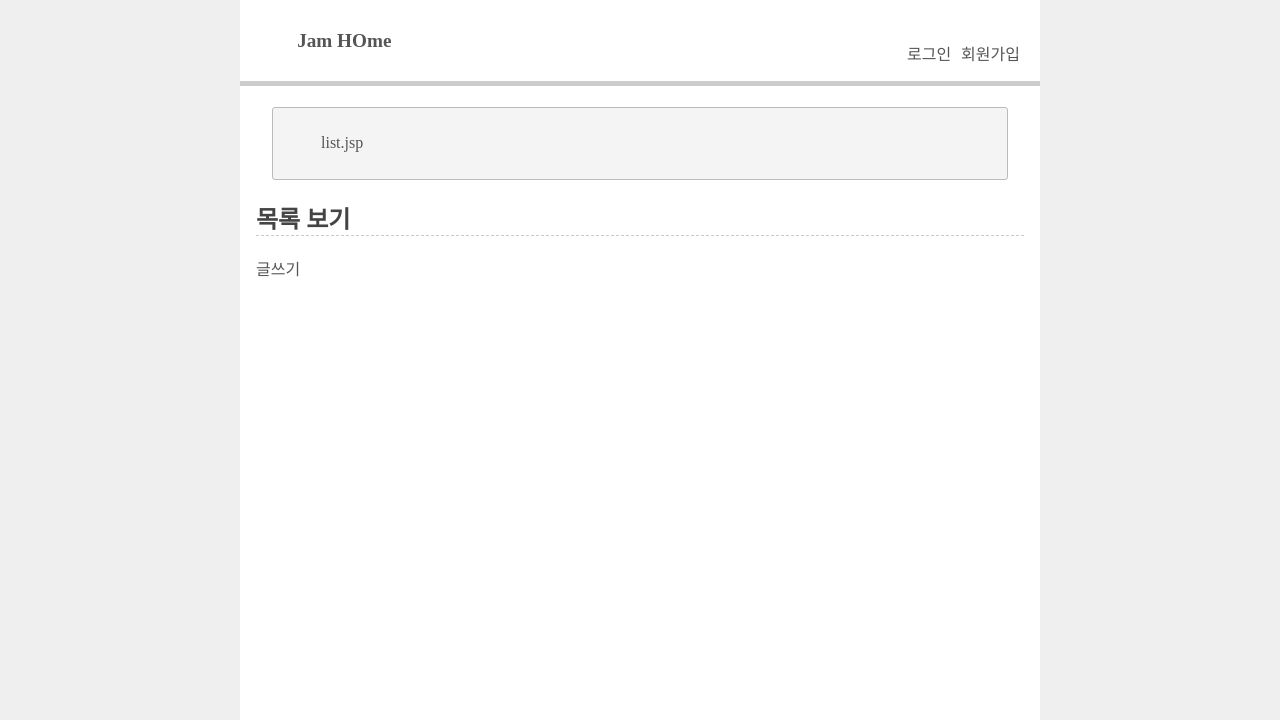
Repository: woals5636/JSPClass
Page: http://localhost/jspPro/days04/board/list.jsp
These files come from the project's save history. The page is drawn as it stood at one moment and after the next save; the edit follows.
The browser window is 1280 px wide. The pictures show the whole page.
Some web fonts or font styles are not loaded; a fallback is used. The page is served by Tomcat 9. Other server files are loaded and not shown.

Above is the page before, as saved 2024-10-18 07:40:04.

### jspPro/src/main/webapp/days04/board/list.jsp
<%@ page contentType="text/html; charset=UTF-8" pageEncoding="UTF-8"%>
<%@ taglib prefix="c" uri="http://java.sun.com/jsp/jstl/core"%>
<%
	String contextPath = request.getContextPath();
%>
<!DOCTYPE html>
<html>
<head>
<meta charset="UTF-8">
<title>Insert title here</title>
<link rel="shortcut icon" type="image/x-icon" href="http://localhost/jspPro/images/SiSt.ico">
<script src="https://ajax.googleapis.com/ajax/libs/jquery/3.7.1/jquery.min.js"></script>
<meta name="viewport" content="width=device-width, initial-scale=1.0">
<meta name="google" content="notranslate">
<link rel="stylesheet" href="http://localhost/jspPro/resources/cdn-main/example.css">
<script src="http://localhost/jspPro/resources/cdn-main/example.js"></script>
<style>
 span.material-symbols-outlined{
    vertical-align: text-bottom;
 }
</style>
</head>
<body>
<header>
  <h1 class="main"><a href="#" style="position: absolute;top:30px;">Jam HOme</a></h1>
  <ul>
    <li><a href="#">로그인</a></li>
    <li><a href="#">회원가입</a></li>
  </ul>
</header>
<div>
  <xmp class="code">
	list.jsp
  </xmp>

  <h2>목록 보기</h2>
  <a href="<%= contextPath%>/cstvsboard/write.htm">글쓰기</a>

  <table>

  </table>
</div>
</body>
</html>

### jspPro/src/main/webapp/resources/cdn-main/example.css
@charset "UTF-8";

@import url('https://fonts.googleapis.com/css2?family=Material+Symbols+Outlined:opsz,wght,FILL,GRAD@20..48,100..700,0..1,-50..200');

@font-face {
    font-family: 'GmarketSansMedium';
    src: url('https://cdn.jsdelivr.net/gh/projectnoonnu/noonfonts_2001@1.1/GmarketSansMedium.woff') format('woff');
    font-weight: normal;
    font-style: normal;
}

:root {
	--text-color: #555;
	--sub-text-color: #777;
	--back-color: #EFEFEF;
	--header-color: #444;
	--primary-color: #DEDEDE;
	--secondary-color: #EFEFEF;
	--default-width: 800px;
	--narrow-width: 500px;
	--wide-width: 1200px;
	--text-font: 'GmarketSansMedium';
	--icon-font: 'Material Symbols Outlined';
	--border-color: #CCC;
}

html, body {
	margin: 0;
	padding: 0;
}

html {
	background-color: var(--back-color);
	display: flex;
	justify-content: center;
	min-height: 100vh;
}

body, body.default {
	width: var(--default-width);
	background-color: white;
	padding-bottom: 120px;
}

body.wide {
	width: var(--wide-width);
}

body.narrow {
	width: var(--narrow-width);
}



body, p, div, span, a, input, select, option, textarea, button, table, th, td, label, fieldset, legend {
	font-family: var(--text-font);
	color: var(--text-color);
}

h1, h2, h3 {
	font-family: var(--text-font);
	color: var(--header-color);
	padding: 0 1rem;
	padding-top: .5rem;
}

div > h1, div > h2, div > h3 {
	padding: 0;
}

body > div, body > main > div {
	padding: 0.3rem 1rem;
}


h1 { font-size: 2rem; border-bottom: 1px solid var(--border-color); }
h1 small { font-size: 1.2rem; color: var(--sub-text-color); }
h2 { font-size: 1.5rem; border-bottom: 1px dashed var(--border-color); }
h2 small { font-size: 1.1rem; color: --sub-text-color; }
h3 { font-size: 1.2rem; }
h3 small { font-size: 1rem; color: --sub-text-color; }



h1.main::before {
	font-family: var(--icon-font);
  	content: '\e666';
  	margin-right: 10px;
  	float: left;
	font-size: 2.5rem;
}

h1.sub::before {
	font-family: var(--icon-font);
  	content: '\ea19';
  	margin-right: 10px;
  	float: left;
	font-size: 2.5rem;
}


h1.page::before {
	font-family: var(--icon-font);
  	content: '\e0e0';
  	margin-right: 10px;
  	float: left;
	font-size: 2.5rem;
}

body > header > ul > li > .active{
	background-color: #FFF;
	color:#F00;
}

body > header {
	display: flex;
	justify-content: space-between;
	border-bottom: 5px solid var(--border-color);
	min-height: 74px;
	background-color: #FFF;
}

body > header.sticky {
	position: sticky;
	top: 0;
	z-index: 98;
}

body > header > h1 {
	font-size: 1.2rem;
	border: 0;
}

body > header.in > h1::before {
	font-family: var(--icon-font);
  	content: '\e332‥';
  	margin-right: 3px;
  	float: left;
	font-size: 2rem;
}


body > header > ul {
	list-style-type: none;
	display: flex;
	align-items: flex-end;
	margin-right: 10px;
}

body > header > ul > li {
	margin-right: 10px;
	cursor: pointer;
}

body > header > ul > li > a {
	cursor: pointer;
}


form {
	display: block;
}

form > div {
	padding: 0.3rem 1rem;
}

div > form > div {
	padding: 0.3rem 0;
}

input, textarea, button, select {
	border: 1px solid #BBB;
	border-radius: 3px;
	outline: none;
	resize: none;
	padding: 7px;
	margin: 0;
}

input[type=text]:read-only, textarea:read-only {
	cursor: not-allowed;
	background-color: #FFF;
}

input[type=text]:disabled, textarea:disabled {
	cursor: not-allowed;
	background-color: #EEE;
}

input[type=text], input[type=password], textarea, button, select {
	/* width: 300px; */
}

textarea {
	display: block;
	height: 100px;
}

input[type=button], input[type=submit], button {
	/* width: inherit; */
}

input.short, textarea.short, button.short, select.short {
	width: 100px;
}

input.long, textarea.long, button.long, select.long {
	width: 350px;
}

.narrow input.long, .narrow textarea.long, .narrow button.long, .narrow select.long {
	width: calc(100% - 20px);
}

input.full, textarea.full, button.full, select.full {
	width: calc(100% - 20px);
}

textarea.short {
	height: 50px;
}

textarea.long {
	height: 100px;
}

textarea.full {
	height: 200px;
}

input, textarea {
	padding-top: 8px;
}

input[type=button], input[type=submit], button {
	padding: 5px 10px;
	background-color: var(--secondary-color);
	cursor: pointer;
	min-height: 36px;
}

input[type=button].primary, input[type=submit].primary, button.primary {
	/* background-color: rgba(100, 149, 237, .2); */
	background-color: var(--primary-color);
}

input[type=button].primary:hover, input[type=submit].primary:hover, button.primary:hover {
	/* background-color: rgba(100, 149, 237, .3); */
	background-color: var(--secondary-color);
}

input[type=button]:hover, input[type=submit]:hover, button:hover {
	background-color: var(--primary-color);
}

button {
	position: relative;
	left: 0;
	top: 0;
	padding-left: 35px;
}

button .material-symbols-outlined {
	position: absolute;
	left: 10px;
	top: 4px;
}

/* k2nik add */
button.login::before {
	font-family: var(--icon-font);
  	content: '\ea77';
	position: absolute;
	left: 11px;
	top: 4px;
	font-size: 1.25rem;
}

/* k2nik logout */
button.logout::before {
	font-family: var(--icon-font);
  	content: '\e9ba';
	position: absolute;
	left: 11px;
	top: 4px;
	font-size: 1.25rem;
}

/* k2nik help */
button.help::before {
	font-family: var(--icon-font);
  	content: '\f1c0';
	position: absolute;
	left: 11px;
	top: 4px;
	font-size: 1.25rem;
}

button.add::before{
	font-family: var(--icon-font);
  	content: '\e746';
	position: absolute;
	left: 11px;
	top: 4px;
	font-size: 1.25rem;
}

button.back::before {
	font-family: var(--icon-font);
  	content: '\e166';
	position: absolute;
	left: 11px;
	top: 4px;
	font-size: 1.25rem;
}

button.list::before {
	font-family: var(--icon-font);
  	content: '\e0ee';
	position: absolute;
	left: 11px;
	top: 4px;
	font-size: 1.25rem;
}


button.del::before {
	font-family: var(--icon-font);
  	content: '\e872';
	position: absolute;
	left: 11px;
	top: 4px;
	font-size: 1.25rem;
}


button.edit::before {
	font-family: var(--icon-font);
  	content: '\e745';
	position: absolute;
	left: 11px;
	top: 4px;
	font-size: 1.25rem;
}


button.login::before {
	font-family: var(--icon-font);
  	content: '\ea77';
	position: absolute;
	left: 11px;
	top: 4px;
	font-size: 1.25rem;
}


button.logout::before {
	font-family: var(--icon-font);
  	content: '\e9ba';
	position: absolute;
	left: 11px;
	top: 4px;
	font-size: 1.25rem;
}


button.in::before {
	font-family: var(--icon-font);
  	content: '\f71a';
	position: absolute;
	left: 11px;
	top: 4px;
	font-size: 1.25rem;
}


button.out::before {
	font-family: var(--icon-font);
  	content: '\f70e';
	position: absolute;
	left: 11px;
	top: 4px;
	font-size: 1.25rem;
}


button.reply::before {
	font-family: var(--icon-font);
  	content: '\e15e';
	position: absolute;
	left: 11px;
	top: 4px;
	font-size: 1.25rem;
}


button.comment::before {
	font-family: var(--icon-font);
  	content: '\e0b9';
	position: absolute;
	left: 11px;
	top: 4px;
	font-size: 1.25rem;
}


button.modal::before {
	font-family: var(--icon-font);
  	content: '\e89e';
	position: absolute;
	left: 11px;
	top: 4px;
	font-size: 1.25rem;
}


button.ok::before {
	font-family: var(--icon-font);
  	content: '\e86c';
	position: absolute;
	left: 11px;
	top: 4px;
	font-size: 1.25rem;
}


button.cancel::before {
	font-family: var(--icon-font);
  	content: '\e5c9';
	position: absolute;
	left: 11px;
	top: 4px;
	font-size: 1.25rem;
}

button.search::before {
	font-family: var(--icon-font);
  	content: '\e8b6';
	position: absolute;
	left: 11px;
	top: 4px;
	font-size: 1.25rem;
}

button.home::before {
	font-family: var(--icon-font);
  	content: '\e88a';
	position: absolute;
	left: 11px;
	top: 4px;
	font-size: 1.25rem;
}


button.sidebar::before {
	font-family: var(--icon-font);
  	content: '\f7e4';
	position: absolute;
	left: 11px;
	top: 4px;
	font-size: 1.25rem;
}


button.sidebar-right::before {
	font-family: var(--icon-font);
  	content: '\f7e5';
	position: absolute;
	left: 11px;
	top: 4px;
	font-size: 1.25rem;
}




button::before {
	font-family: var(--icon-font);
  	content: '\e323';
	position: absolute;
	left: 11px;
	top: 4px;
	font-size: 1.25rem;
}


table {
	border-collapse: collapse;
	margin: 1rem;
	box-sizing: border-box;
	width: calc(100% - 32px);
}

table.content {
	width: auto;
}

div > table {
	margin: 0;
}

table th, table td {
	border: 1px solid var(--border-color);
	padding: 7px;
	font-weight: normal;
}

table th {
	background-color: var(--back-color);
}

table.vertical th {
	width: 150px;
}

table.vertical td {
	width: calc(100% - 182px);
	padding-left: 10px;
}

table.content td, table.content th {
	width: auto;
}

body.narrow table.vertical th {
	width: 100px;
}

body.narrow table.vertical td {
	width: calc(100% - 182px);
}


table + table {
	margin-top: 30px;
}


p {
	padding: 0 1rem;
}

a {
	text-decoration: none;
}

a:hover {
	color: rgba(255, 99, 71, .7);
}

hr {
	border: 0;
	border-top: 1px solid var(--border-color);
	margin: 2rem 0;
}

.message {
	border: 1px solid var(--border-color);
	background-color: #EFEFEF;
	margin: 1rem;
	width: auto;
	padding-top: 10px;
	padding-bottom: 10px;
	font-size: 14px;
}

.message[title]::before {
	content: attr(title);
	display: block;
	border-bottom: 1px solid var(--border-color);
	padding-bottom: 5px;
	margin-bottom: 10px;
	margin-top: 7px;
}

.message.short {
	max-width: 250px;
}

.message.long {
	max-width: 500px;
}

.badge {
	float: right;
	font-size: .8rem;
	margin-top: 2px;
	margin-right: 2px;
	text-shadow: 0 0 7px gray;
}

.badge.left {
	float: none;
	margin-left: 2px;
}

.badge.right {
	float: right;
}

.badge.red {
	border-radius: 50%;
	padding: 2px 5px;
	background-color: rgb(255, 99, 71, .3);
}

.badge.yellow {

	border-radius: 50%;
	padding: 2px 5px;
	background-color: rgb(255, 215, 0, .5);
}

.badge.blue {
	border-radius: 50%;
	padding: 2px 5px;
	background-color: rgb(100, 149, 237, .3);
}

label + label {
	margin-left: 7px;
}

label input[type=checkbox], label input[type=radio] {
	transform: translate(0, 1px);
}

.group {
	display: flex;
}

.modal-content .group {
	margin-bottom: .5rem;
}

.group label {
	border: 1px solid #BBB;
	border-radius: 3px;
	outline: none;
	resize: none;
	padding: 7px 14px;
	margin: 0;
	border-top-right-radius: 0;
	border-bottom-right-radius: 0;
	background-color: #EFEFEF;
	white-space: nowrap;
	font-size: 14px;
}

.group input[type=text] {
	margin-left: -1px;
	border-top-left-radius: 0;
	border-bottom-left-radius: 0;
}

.group select {
	margin-left: -1px;
	border-top-left-radius: 0;
	border-bottom-left-radius: 0;
}

.group input.full[type=text] {
	margin-left: -1px;
	border-top-left-radius: 0;
	border-bottom-left-radius: 0;
	width: 100%;
}

.group input[type=button]:first-child, .group button:first-child {
	border-top-left-radius: 3px;
	border-bottom-left-radius: 3px;
	margin-left: 0px;
}

.group input[type=button], .group button {
	border-radius: 0;
	margin-left: -1px;
}

.group input[type=button]:last-child, .group button:last-child {
	margin-left: -1px;
	border-top-right-radius: 3px;
	border-bottom-right-radius: 3px;
}

.seperate {
	display: flex;
	justify-content: space-between;
}

div.list {
	width: max-content;
	margin: 1rem;
	border: 1px solid #BBB;
	border-radius: 3px;
	padding: 0;
}

div.list.full {
	width: auto;
	display: block;
	margin: 1rem;
	border: 1px solid #BBB;
	border-radius: 3px;
	padding: 0;
}

div.list > div {
	padding: .5rem 1rem;
	margin: 0;
	border-bottom: 1px solid #BBB;
}

div.list > div:last-child {
	border-bottom: 0;
}

pre.code , xmp.code{
	font-family: consols;
	background-color: rgba(150, 150, 150, .1);
	border: 1px solid #BBB;
	border-radius: 3px;
	padding: .5rem 1rem;
	padding-bottom: .6rem;
	margin: 1rem;
}




*[data-modal-window] {
	position: fixed;
	background-color: rgba(0, 0, 0, .3);
	left: 0;
	top: 0;
	display: none;
	justify-content: center;
	align-items: flex-start;
	width: 100%;
	min-height: 100vh;
	z-index: 100;
	opacity: 0;
	transition: 500ms all;
}

*[data-modal-window] .modal-container {
	border-radius: 5px;
	padding: 1rem;
	padding-bottom: .5rem;
	margin-top: -500px;
	opacity: 0;
	width: 500px;
	background-color: #FFF;
	margin-right: 2rem;
	transition: 500ms all;
}

*[data-modal-size=content] .modal-container {
	width: auto;
}

*[data-modal-size=narrow] .modal-container {
	width: 300px;
}

*[data-modal-size=wide] .modal-container {
	width: 760px;
}


*[data-modal-window] .modal-header {
	border-bottom: 1px solid var(--border-color);
	padding: 2px 5px;
}

*[data-modal-window] .modal-content {
	padding: 1rem 5px;
}

*[data-modal-window] .modal-content div:last-child {
	margin-top: 1rem;
	text-align: right;
}



*[data-sidebar-window] {
	position: fixed;
	background-color: #FFF;
	left: 0;
	top: 0;
	display: block;
	width: 300px;
	border-right: 1px solid var(--border-color);
	box-sizing: border-box;
	box-shadow: 0 0 3px var(--back-color);
	min-height: 100vh;
	z-index: 99;
	transform: translate(-300px, 0);
	transition-duration: 500ms;
	transition-property: transform;
}

*[data-sidebar-direction=right] {
	left: auto;
	right: 0;
	transform: translate(300px, 0);
	border-left: 1px solid var(--border-color);
}

*[data-sidebar-size=wide] {
	width: 500px;
	transform: translate(-500px, 0);
}

*[data-sidebar-window] .sidebar-title {
	border-bottom: 1px solid var(--border-color);
	margin-top: 20px;
	margin-bottom: 20px;
	padding-bottom: 5px;
	display: flex;
	justify-content: space-between;
}

*[data-sidebar-window] .sidebar-title span:last-child {
	cursor: pointer;
}


/* K2Nik pagination */
.center {
  text-align: center;
}

.pagination {
  display: inline-block;
}

.pagination a {
  color: black;
  float: left;
  padding: 3px 6px;
  text-decoration: none;
  transition: background-color .3s;
  border: 1px solid #ddd;
  margin: 0 3px;
}

.pagination a.active {
  background-color: #4CAF50;
  color: white;
  border: 1px solid #4CAF50;
}

.pagination a:hover:not(.active) {background-color: #ddd;}

### jspPro/src/main/webapp/resources/cdn-main/example.js

window.onload = () => {

    const list = document.querySelectorAll('input, textarea');

    list.forEach(item => {
        item.setAttribute('autocomplete', 'off');
    });


    const modal_btn_list = document.querySelectorAll('*[data-modal-button]');

    modal_btn_list.forEach(item => {
        item.onclick = function() {

            const name = this.dataset['modalButton'];
            const modal_window = document.querySelector('*[data-modal-window=' + name);

            const container = document.createElement('div');
            container.className = 'modal-container';



            const modal_header = document.createElement('div');
            modal_header.textContent = modal_window.dataset['modalTitle'];
            modal_header.className = 'modal-header';
            container.appendChild(modal_header);

            const modal_content = document.createElement('div');
            modal_content.className = 'modal-content';
            container.appendChild(modal_content);

            Array.from(modal_window.childNodes).forEach(item => {
                modal_content.appendChild(item);
            });

            modal_window.appendChild(container);

            modal_window.style.display = 'flex';

            setTimeout(() => {
                modal_window.style.opacity = 1;
                container.style.marginTop = '20px';
                container.style.opacity = 1;
            }, 50);


            const modal_ok = document.querySelector('*[data-modal-ok=' + name);
            modal_ok.addEventListener('click', function() {
                modal_window.style.opacity = 0;
                container.style.marginTop = '-500px';
                container.style.opacity = 0;

                setTimeout(() => {
                    modal_window.innerHTML = modal_content.innerHTML;
                    modal_window.style.display = 'none';
                }, 500);

            });

            const modal_cancel = document.querySelector('*[data-modal-cancel=' + name);
            modal_cancel.addEventListener('click', function() {

                modal_window.style.opacity = 0;
                container.style.marginTop = '-500px';
                container.style.opacity = 0;

                setTimeout(() => {
                    modal_window.innerHTML = modal_content.innerHTML;
                    modal_window.style.display = 'none';
                }, 500);
            });


        };
    });


    const sidebar_btn_list = document.querySelectorAll('*[data-sidebar-button]');

    sidebar_btn_list.forEach(item => {
        item.onclick = function() {



            const name = this.dataset['sidebarButton'];
            const sidebar_window = document.querySelector('*[data-sidebar-window=' + name);

            if (sidebar_window.style.transform == 'translate(0px, 0px)') return;



            sidebar_window.style.transform = 'translate(0, 0)';

            const sidebar_title = document.createElement('div');
            sidebar_title.className = 'sidebar-title';
            sidebar_title.innerHTML = '<span>' + sidebar_window.dataset['sidebarTitle'] + '</span><span class="material-symbols-outlined">close</span>';

            sidebar_title.children[1].onclick = function() {

                let sign = 1;
                let distance = 300;

                if (sidebar_window.dataset['sidebarDirection'] != 'right') {
                    sign = -1;
                } else {
                    sign = 1;
                }

                if (sidebar_window.dataset['sidebarSize'] != 'wide') {
                    distance = 300;
                } else {
                    distance = 500;
                }

                distance *= sign;

                sidebar_window.style.transform = 'translate(' + distance + 'px, 0)';

                setTimeout(function() {
                    sidebar_window.removeChild(sidebar_window.children[0]);
                }, 500);
            };


            sidebar_window.prepend(sidebar_title);

        }
    });

};

// window.onkeydown = function(event) {

//     if (event.keyCode == 27) {
//         if (document.querySelector('[data-modal-window').style.display == 'flex') {
//             document.querySelector('[data-modal-window').style.display = 'none';
//         }
//     }

// };

After the next save:
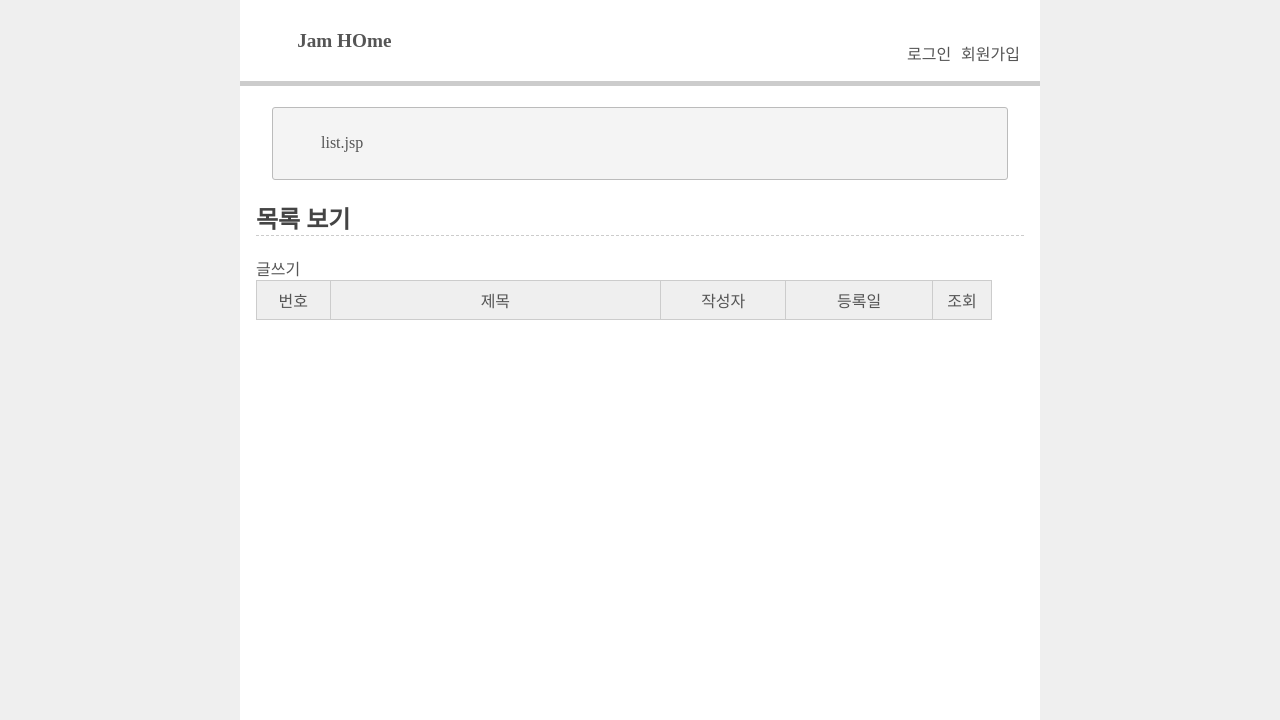
Saved 9 s later.
--- a/jspPro/src/main/webapp/days04/board/list.jsp
+++ b/jspPro/src/main/webapp/days04/board/list.jsp
@@ -37,7 +37,15 @@
   <a href="<%= contextPath%>/cstvsboard/write.htm">글쓰기</a>
 
   <table>
-
+  <thead>
+     <tr>
+        <th width="10%">번호</th>
+        <th width="45%">제목</th>
+        <th width="17%">작성자</th>
+        <th width="20%">등록일</th>
+        <th width="10%">조회</th>
+      </tr>
+   </thead>
   </table>
 </div>
 </body>
